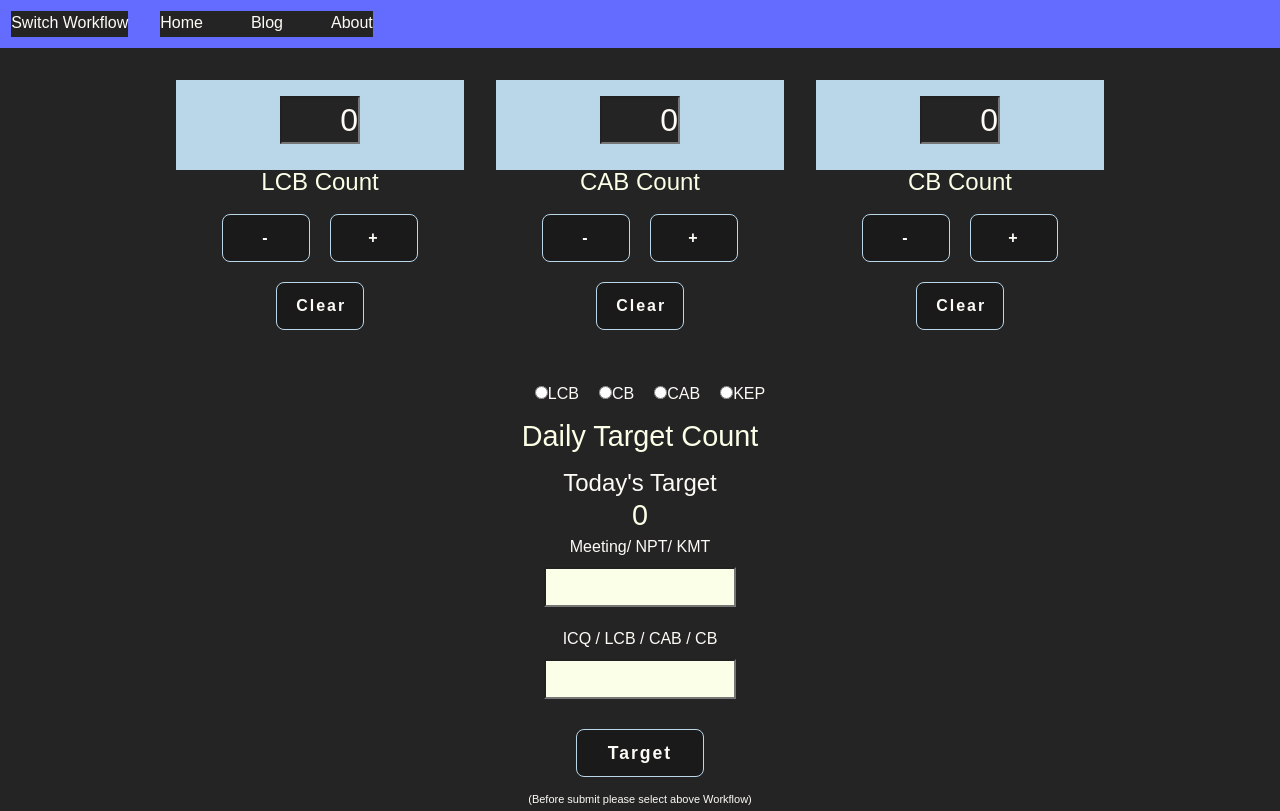
Repository: suraj-yadav7/SwitchWorkflow-Count-reactjs
Page: /
An editor plug-in stored every save of this project. The page is shown before and after the next save, followed by the edit.
The browser window is 1280 px wide. The pictures show the whole page.
Some web fonts or font styles are not loaded; a fallback is used. The project was rebuilt for these pictures with package versions that can differ from the ones it lists, and the page was loaded fresh each time.

Above is the page before, as saved 2023-04-20 11:48:25.

After the next save:
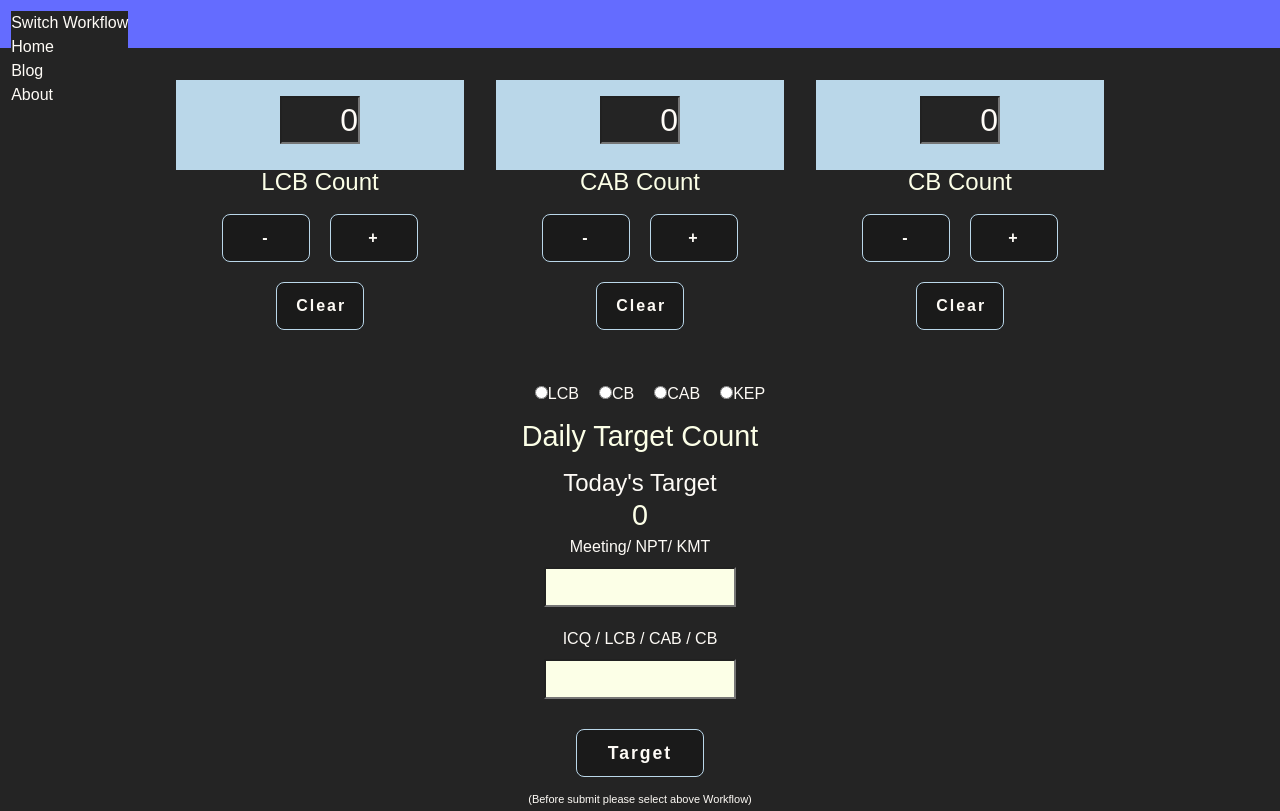
Saved 64 s later.
--- a/src/Components/TitleCount.jsx
+++ b/src/Components/TitleCount.jsx
@@ -15,12 +15,14 @@ const TitleCount = () => {
     return (
         <>
         <nav>
+            <div className='navbar'>
             <span>Switch Workflow</span>
                 <ul>
                     <li>Home</li>
                     <li>Blog</li>
                     <li>About</li>
                 </ul>
+            </div>
         </nav>
             <div className="container1">
                 <div class="card" style={{width: "18rem"}}>
